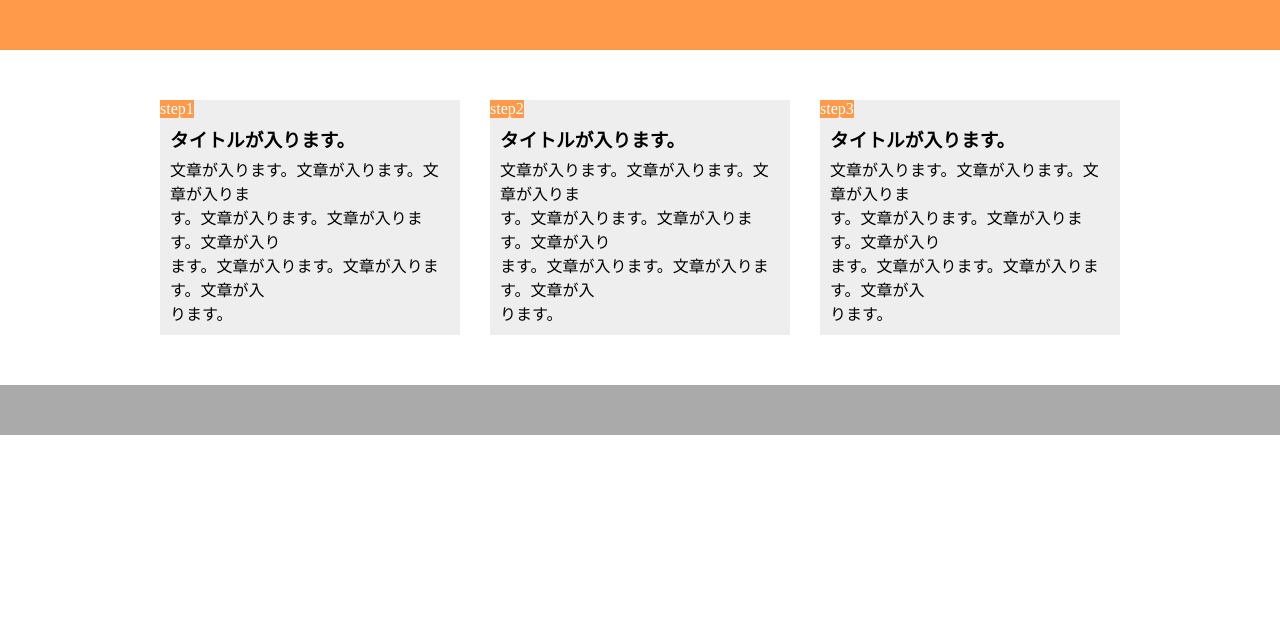
Repository: tkikokiko/webcamp-practice
Page: 1-9/index1-9-2.html
The author's editor kept a record of every edit. The page is drawn from the files as they stood at one moment, then again after the next edit.
The browser window is 1280 px wide. The pictures show the whole page.

Above is the page before.

After the next edit:
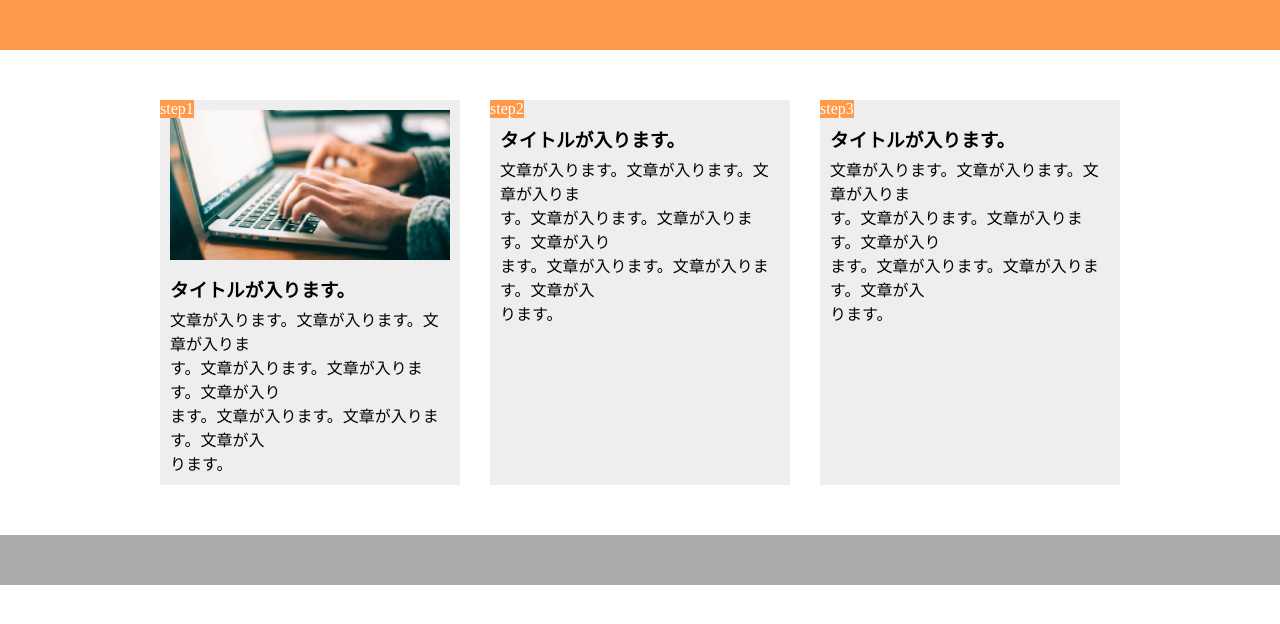
The edit:
--- a/1-9/index1-9-2.html
+++ b/1-9/index1-9-2.html
@@ -13,7 +13,7 @@
       <div class="main-box">
         <p class="main-step">step1</p>
         <div class="main-contents">
-          <div class="main-image"></div>
+          <div class="main-image1"></div>
           <h3 class="main-title">タイトルが入ります。</h3>
           <p class="main-text">
             文章が入ります。文章が入ります。文章が入りま <br>
